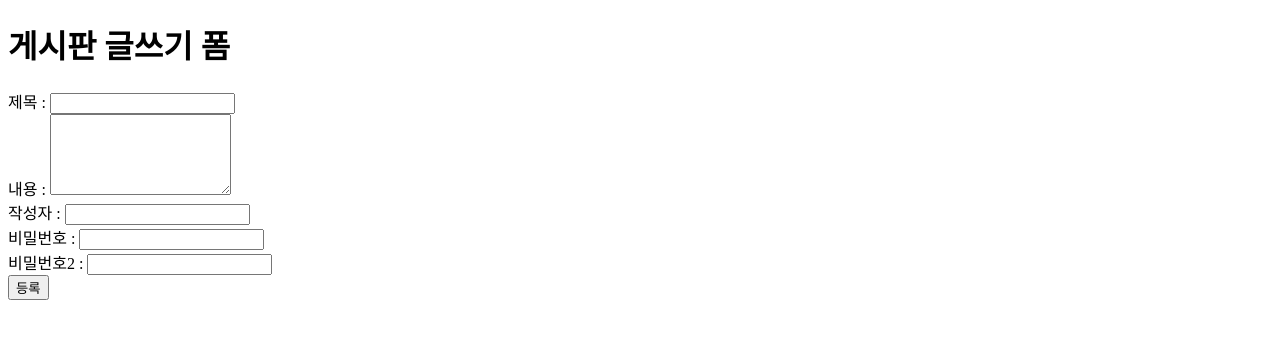
Repository: nsj2204/spring2
Page: http://localhost/ex01/board/write.do
These files come from the project's save history. The page is drawn as it stood at one moment and after the next save; the edit follows.
The browser window is 1280 px wide. The pictures show the whole page.
The page is served by Tomcat 9.

Above is the page before, as saved 2023-04-06 01:32:25.

After the next save:
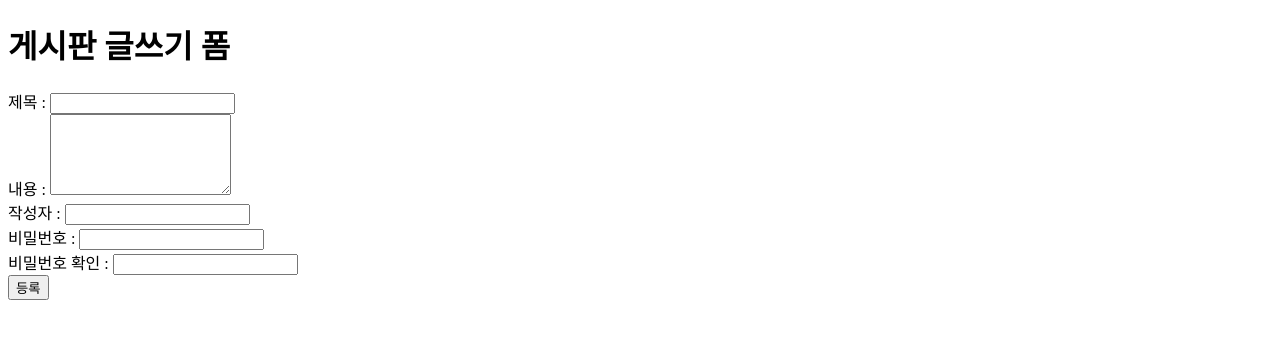
Saved 10 s later.
--- a/ex01/src/main/webapp/WEB-INF/views/board/write.jsp
+++ b/ex01/src/main/webapp/WEB-INF/views/board/write.jsp
@@ -13,7 +13,7 @@
 내용 : <textarea rows="5" cols="content"></textarea><br/>
 작성자 : <input name="writer"><br/>
 비밀번호 : <input name="pw"><br/>
-비밀번호2 : <input><br/>
+비밀번호 확인 : <input><br/>
 <button>등록</button>
 </form>
 </body>
